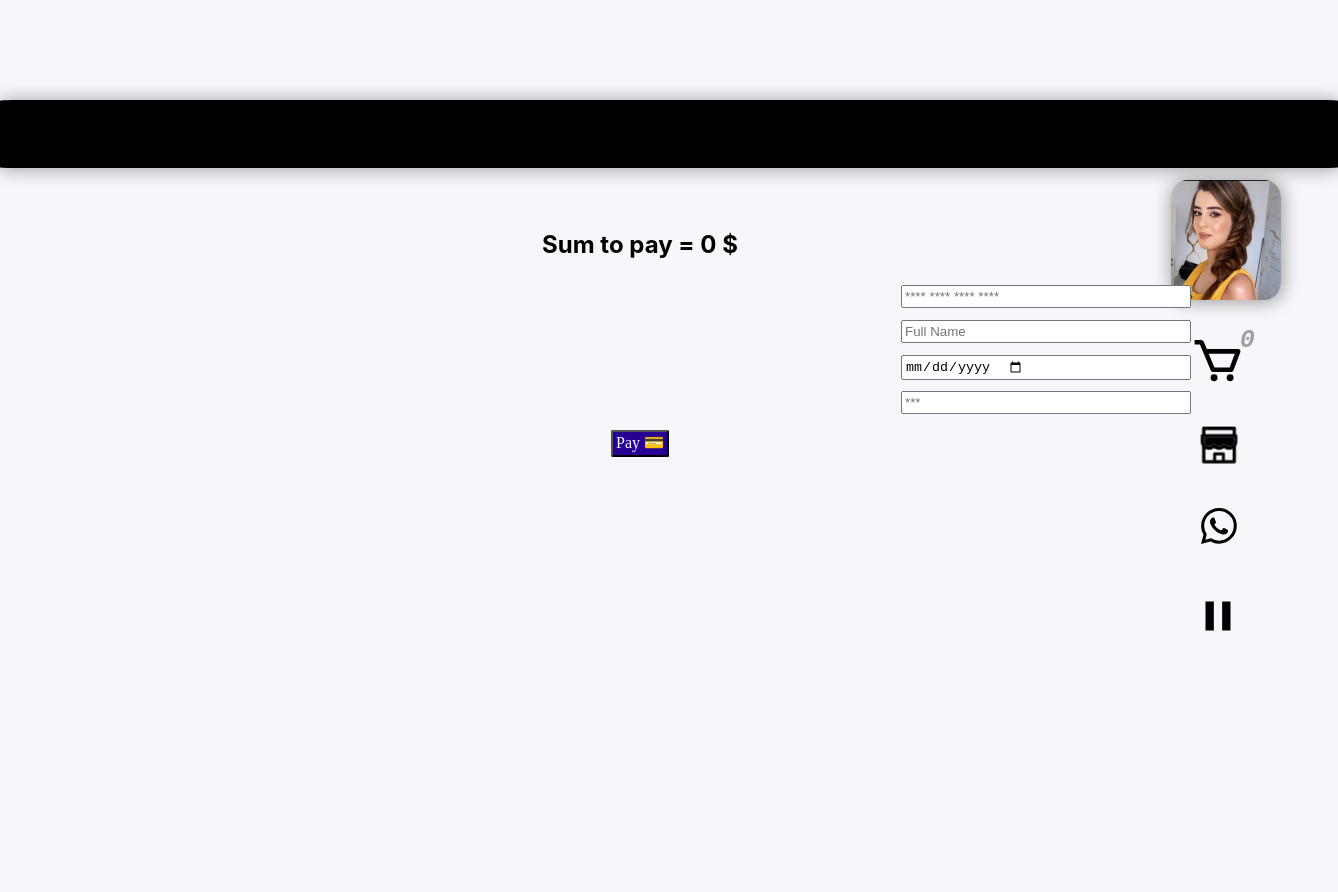
Repository: rehamAbass/BeautyCareShop
Page: /, after clicking the first element matching `svg.cartIcon`
The author's editor kept a copy of each file at every save. The page is drawn from the files as they stood at one save, then again after the next save.
The browser window is 1280 px wide. The page is 1338 px wide, so the pictures cover 1338 px, including what lies to the right of the window. The pictures show the whole page.
The page's requests for data from a server got no answer. Some web fonts or font styles are not loaded; a fallback is used. The project was rebuilt for these pictures with package versions that can differ from the ones it lists, and the page was loaded fresh each time. No one was signed in, and anything a server would have sent is missing. Also part of the build but not shown: src/components/allProducts/card-list.css, src/components/allProducts/prod/card.css, src/components/allProducts/prod/card.component.jsx, src/components/search-box/search-box.css, src/components/myCart/cartProduct/cartProduct.css, src/components/myCart/cartProduct/cartProduct.jsx. Imported but missing from the stored project, and not drawn on this page: src/components/header/music/ed.mp3.

Above is the page before, as saved 2022-06-08 17:22:37.

After the next save:
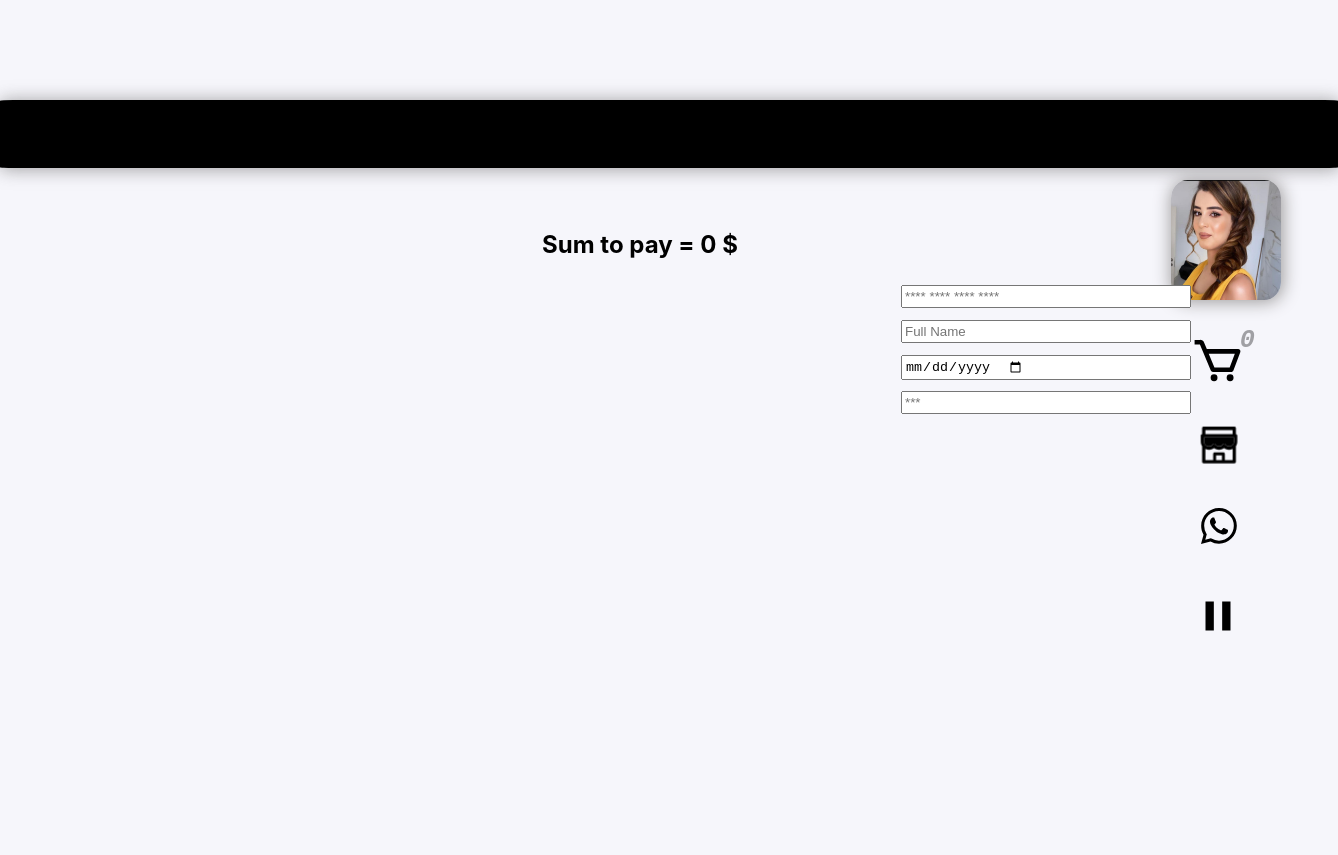
Saved 31 s later.
--- a/src/components/myCart/myCart.jsx
+++ b/src/components/myCart/myCart.jsx
@@ -21,14 +21,7 @@ const Cart = ({ sum, group, addProduct, deleteProduct, decreaseProduct  , handle
 
                  {(paid === false)&&
                  <Pay/>}
-                  {(paid === false)&&
-            <button className='payy'
-                onClick={() => {
-                    handlePaid(true);
-                     handleSumCount(true);
-                      }}>
-                 Pay 💳
-                 </button>}
+
            {(paid == true)&&
             <h2
             style={{ fontSize: 'x-large' }}>
